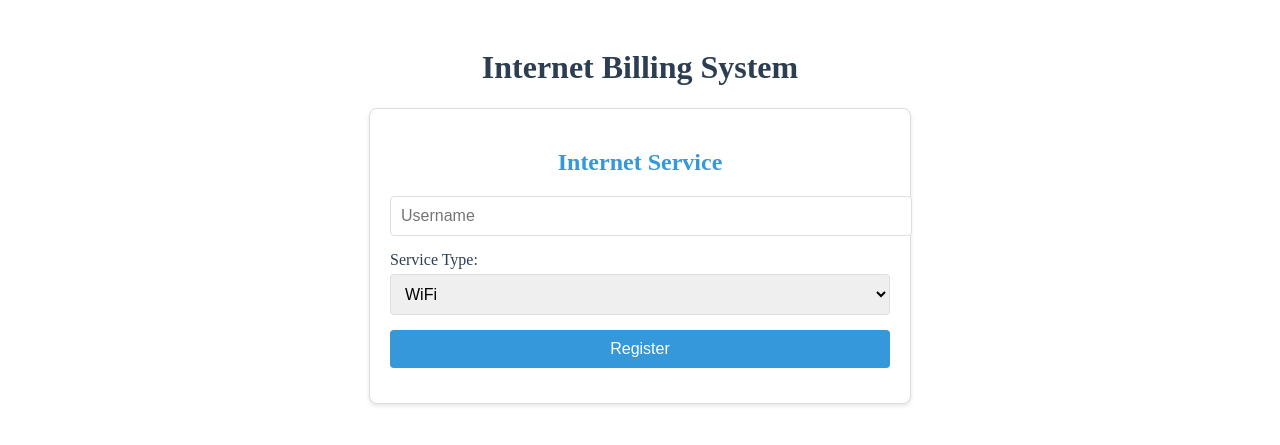
Repository: rachel648/system_Bill
Page: / (app in client/)
An editor plug-in stored every save of this project. The page is shown before and after the next save, followed by the edit.
The browser window is 1280 px wide. The pictures show the whole page.
The project was rebuilt for these pictures with package versions that can differ from the ones it lists, and the page was loaded fresh each time. Also part of the build but not shown: client/src/Packages.js.

Above is the page before, as saved 2025-05-11 16:30:17.

### client/public/index.html
<!DOCTYPE html>
<html lang="en">
  <head>
    <meta charset="UTF-8" />
    <meta name="viewport" content="width=device-width, initial-scale=1.0"/>
    <title>Internet Billing System</title>
  </head>
  <body>
    <div id="root"></div>
    <!-- Add React scripts if not using Create React App -->
    <!-- <script src="https://unpkg.com/react@18/umd/react.development.js"></script>
    <script src="https://unpkg.com/react-dom@18/umd/react-dom.development.js"></script> -->
  </body>
</html>

### client/src/App.js
import React from 'react';
import { BrowserRouter as Router, Routes, Route } from 'react-router-dom';
import ServiceForm from './components/ServiceForm';
import Packages from './Packages';

const App = () => {
  return (
    <Router>
      <div style={{ padding: '20px', maxWidth: '1200px', margin: '0 auto' }}>
        <h1 style={{ textAlign: 'center', color: '#2c3e50' }}>Internet Billing System</h1>
        <Routes>
          <Route path="/" element={<ServiceForm />} />
          <Route path="/packages" element={<Packages />} />
        </Routes>
      </div>
    </Router>
  );
};

export default App;

### client/src/components/ServiceForm.js
// components/ServiceForm.js
import React, { useState } from 'react';
import { useNavigate } from 'react-router-dom';
import axios from 'axios';

const ServiceForm = () => {
  const [formData, setFormData] = useState({
    username: '',
    serviceType: 'wifi',
    packageType: 'basic',
    duration: 1,
    amount: 10
  });
  const [status, setStatus] = useState({ message: '', type: '' });
  const [loading, setLoading] = useState(false);
  const navigate = useNavigate();

  const handleChange = (e) => {
    const { name, value } = e.target;
    setFormData(prev => ({
      ...prev,
      [name]: name === 'duration' || name === 'amount' ? parseInt(value) || 0 : value
    }));
  };

  const handleRegister = async () => {
    if (!formData.username.trim()) {
      setStatus({ message: 'Username is required', type: 'error' });
      return;
    }

    setLoading(true);
    try {
      const res = await axios.post('/api/users/register', {
        username: formData.username,
        serviceType: formData.serviceType,
        package: formData.packageType,
        duration: formData.duration
      });

      setStatus({
        message: `Registration successful! Service active until ${new Date(res.data.data.endTime).toLocaleDateString()}`,
        type: 'success'
      });
    } catch (err) {
      setStatus({
        message: err.response?.data?.message || err.message || 'Registration failed',
        type: 'error'
      });
    } finally {
      setLoading(false);
    }
  };

  const handleCheck = async () => {
    if (!formData.username.trim()) {
      setStatus({ message: 'Username is required', type: 'error' });
      return;
    }

    setLoading(true);
    try {
      const res = await axios.get(`/api/users/status/${formData.username}`);
      setStatus({
        message: `Status: ${res.data.active ? 'Active' : 'Inactive'}, Ends: ${new Date(res.data.endTime).toLocaleString()}`,
        type: 'info'
      });
    } catch (err) {
      setStatus({
        message: err.response?.data?.message || 'User not found',
        type: 'error'
      });
    } finally {
      setLoading(false);
    }
  };

  const handlePay = async () => {
    if (!formData.username.trim()) {
      setStatus({ message: 'Username is required', type: 'error' });
      return;
    }

    setLoading(true);
    try {
      const res = await axios.post('/api/users/pay', {
        username: formData.username,
        amount: formData.amount,
        duration: formData.duration
      });
      setStatus({
        message: `Payment successful! ${res.data.message}`,
        type: 'success'
      });
    } catch (err) {
      setStatus({
        message: err.response?.data?.message || 'Payment failed',
        type: 'error'
      });
    } finally {
      setLoading(false);
    }
  };

  const getStatusStyle = () => {
    switch (status.type) {
      case 'success': return { backgroundColor: '#e8f5e9', color: '#2e7d32' };
      case 'error': return { backgroundColor: '#ffebee', color: '#c62828' };
      case 'info': return { backgroundColor: '#e3f2fd', color: '#1565c0' };
      default: return { backgroundColor: '#f5f5f5', color: '#424242' };
    }
  };

  // Redirect to packages page when wifi is selected
  const handleServiceChange = (e) => {
    handleChange(e);
    if (e.target.value === 'wifi') {
      navigate('/packages');
    }
  };

  return (
    <div style={styles.container}>
      <h2 style={styles.heading}>Internet Service</h2>

      <div style={styles.inputGroup}>
        <input
          name="username"
          placeholder="Username"
          value={formData.username}
          onChange={handleChange}
          style={styles.input}
        />
      </div>

      <div style={styles.inputGroup}>
        <label style={styles.label}>Service Type: </label>
        <select
          name="serviceType"
          value={formData.serviceType}
          onChange={handleServiceChange}
          style={styles.select}
        >
          <option value="wifi">WiFi</option>
          <option value="hotspot">Hotspot</option>
        </select>
      </div>

      <div style={styles.buttonGroup}>
        <button
          onClick={handleRegister}
          style={styles.button}
          disabled={loading}
        >
          {loading ? 'Processing...' : 'Register'}
        </button>
      </div>

      {status.message && (
        <div style={{ ...styles.status, ...getStatusStyle() }}>
          {status.message}
        </div>
      )}
    </div>
  );
};

const styles = {
  container: {
    maxWidth: '500px',
    margin: '0 auto',
    padding: '20px',
    border: '1px solid #ddd',
    borderRadius: '8px',
    boxShadow: '0 2px 4px rgba(0,0,0,0.1)',
    backgroundColor: '#fff'
  },
  heading: {
    textAlign: 'center',
    color: '#3498db',
    marginBottom: '20px'
  },
  inputGroup: {
    marginBottom: '15px'
  },
  label: {
    display: 'block',
    marginBottom: '5px',
    fontWeight: '500',
    color: '#2c3e50'
  },
  input: {
    width: '100%',
    padding: '10px',
    borderRadius: '4px',
    border: '1px solid #ddd',
    fontSize: '16px'
  },
  select: {
    padding: '10px',
    borderRadius: '4px',
    border: '1px solid #ddd',
    fontSize: '16px',
    width: '100%'
  },
  buttonGroup: {
    display: 'flex',
    gap: '10px',
    marginBottom: '15px'
  },
  button: {
    padding: '10px 15px',
    borderRadius: '4px',
    border: 'none',
    backgroundColor: '#3498db',
    color: 'white',
    cursor: 'pointer',
    flex: 1,
    fontSize: '16px',
    transition: 'background-color 0.3s',
    ':hover': {
      backgroundColor: '#2980b9'
    },
    ':disabled': {
      backgroundColor: '#95a5a6',
      cursor: 'not-allowed'
    }
  },
  status: {
    padding: '12px',
    borderRadius: '4px',
    fontSize: '16px',
    textAlign: 'center'
  }
};

export default ServiceForm;

Loaded but not shown: client/src/index.js (common file)

After the next save:
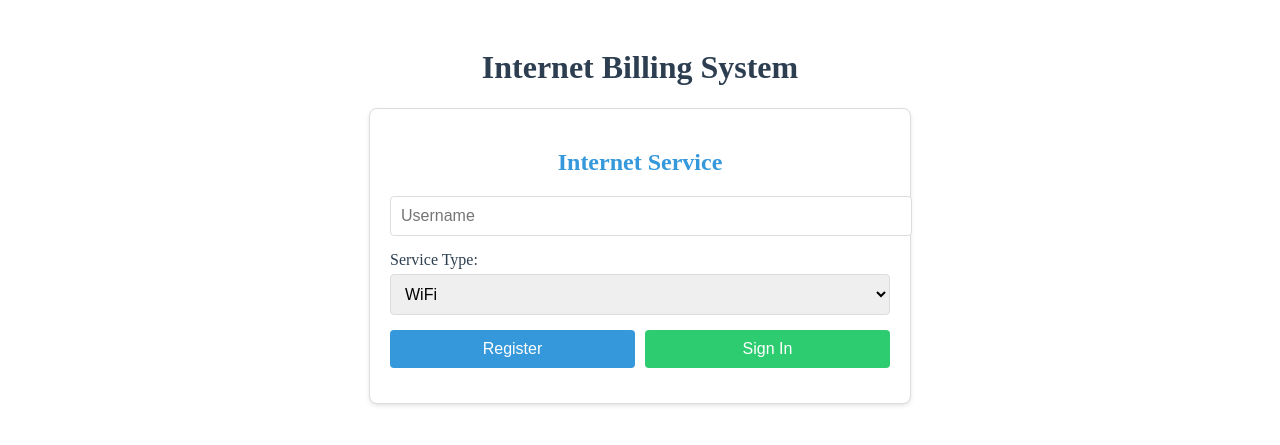
Saved 25 s later.
--- a/client/src/components/ServiceForm.js
+++ b/client/src/components/ServiceForm.js
@@ -23,6 +23,13 @@ const ServiceForm = () => {
     }));
   };
 
+  const handleServiceChange = (e) => {
+    handleChange(e);
+    if (e.target.value === 'wifi') {
+      navigate('/packages');
+    }
+  };
+
   const handleRegister = async () => {
     if (!formData.username.trim()) {
       setStatus({ message: 'Username is required', type: 'error' });
@@ -52,7 +59,7 @@ const ServiceForm = () => {
     }
   };
 
-  const handleCheck = async () => {
+  const handleSignIn = async () => {
     if (!formData.username.trim()) {
       setStatus({ message: 'Username is required', type: 'error' });
       return;
@@ -61,40 +68,19 @@ const ServiceForm = () => {
     setLoading(true);
     try {
       const res = await axios.get(`/api/users/status/${formData.username}`);
-      setStatus({
-        message: `Status: ${res.data.active ? 'Active' : 'Inactive'}, Ends: ${new Date(res.data.endTime).toLocaleString()}`,
-        type: 'info'
-      });
+      if (res.data && res.data.active !== undefined) {
+        setStatus({
+          message: `Welcome back! Status: ${res.data.active ? 'Active' : 'Inactive'}, Ends: ${new Date(res.data.endTime).toLocaleString()}`,
+          type: 'success'
+        });
+        // Optionally redirect:
+        // navigate('/dashboard');
+      } else {
+        setStatus({ message: 'User not found', type: 'error' });
+      }
     } catch (err) {
       setStatus({
-        message: err.response?.data?.message || 'User not found',
-        type: 'error'
-      });
-    } finally {
-      setLoading(false);
-    }
-  };
-
-  const handlePay = async () => {
-    if (!formData.username.trim()) {
-      setStatus({ message: 'Username is required', type: 'error' });
-      return;
-    }
-
-    setLoading(true);
-    try {
-      const res = await axios.post('/api/users/pay', {
-        username: formData.username,
-        amount: formData.amount,
-        duration: formData.duration
-      });
-      setStatus({
-        message: `Payment successful! ${res.data.message}`,
-        type: 'success'
-      });
-    } catch (err) {
-      setStatus({
-        message: err.response?.data?.message || 'Payment failed',
+        message: err.response?.data?.message || 'Sign-in failed',
         type: 'error'
       });
     } finally {
@@ -108,14 +94,6 @@ const ServiceForm = () => {
       case 'error': return { backgroundColor: '#ffebee', color: '#c62828' };
       case 'info': return { backgroundColor: '#e3f2fd', color: '#1565c0' };
       default: return { backgroundColor: '#f5f5f5', color: '#424242' };
-    }
-  };
-
-  // Redirect to packages page when wifi is selected
-  const handleServiceChange = (e) => {
-    handleChange(e);
-    if (e.target.value === 'wifi') {
-      navigate('/packages');
     }
   };
 
@@ -154,6 +132,13 @@ const ServiceForm = () => {
         >
           {loading ? 'Processing...' : 'Register'}
         </button>
+        <button
+          onClick={handleSignIn}
+          style={{ ...styles.button, backgroundColor: '#2ecc71' }}
+          disabled={loading}
+        >
+          {loading ? 'Processing...' : 'Sign In'}
+        </button>
       </div>
 
       {status.message && (
@@ -216,15 +201,7 @@ const styles = {
     color: 'white',
     cursor: 'pointer',
     flex: 1,
-    fontSize: '16px',
-    transition: 'background-color 0.3s',
-    ':hover': {
-      backgroundColor: '#2980b9'
-    },
-    ':disabled': {
-      backgroundColor: '#95a5a6',
-      cursor: 'not-allowed'
-    }
+    fontSize: '16px'
   },
   status: {
     padding: '12px',
